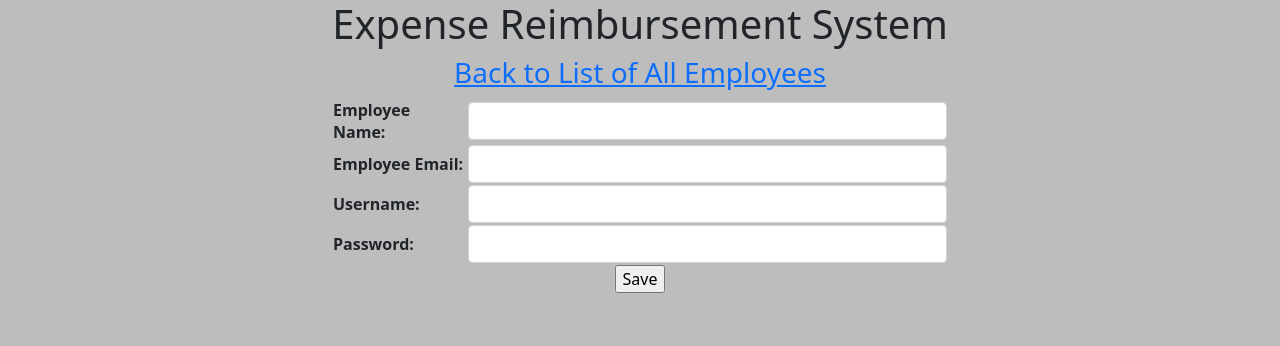
Repository: CCunningham0/project1
Page: http://localhost/reimbursement/employee-form.jsp
These files come from the project's save history. The page is drawn as it stood at one moment and after the next save; the edit follows.
The browser window is 1280 px wide. The pictures show the whole page.
The page is served by Tomcat 10.

Above is the page before, as saved 2021-09-08 00:34:27.

After the next save:
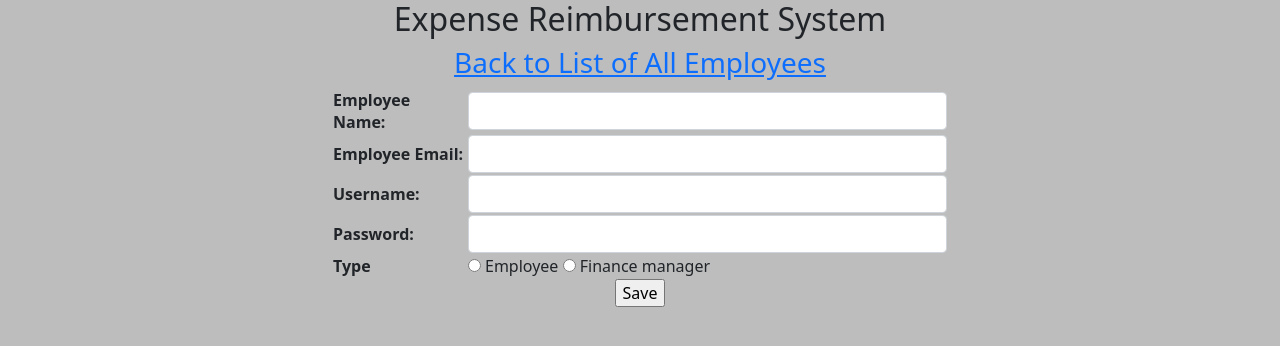
Saved 4 min 11 s later.
--- a/reimbursement/src/main/webapp/employee-form.jsp
+++ b/reimbursement/src/main/webapp/employee-form.jsp
@@ -13,12 +13,11 @@
 <body style="background-color: #BDBDBD;">
 
 
-
 <div class="container-fluid">
 <div class="row">
 	<div class="col-md-3"></div>
 	<div class="col-md-6" style="text-align:center;" >
-	 <h1>Expense Reimbursement System</h1>
+	 <h2>Expense Reimbursement System</h2>
         <h3>
          <a href="employee-list.jsp">Back to List of All Employees</a>
         </h3>
@@ -56,16 +55,16 @@
                  <input class="form-control" type="number" name="password" size="15"/>
                 </td>
             </tr>
-            <!-- <tr>
+   			 <tr>
                 <th>Type </th>
                 <td>
 				  <input type="radio" id="emp" name="type" value="Employee">
 				  <label for="emp">Employee</label>
-				  <br>
+
 				  <input type="radio" id="manager" name="type" value="Finance manager">
 				  <label for="manager">Finance manager</label>
                 </td>
-            </tr> -->
+            </tr>
             <tr>
              <td colspan="2" align="center">
               <input type="submit" value="Save" />
